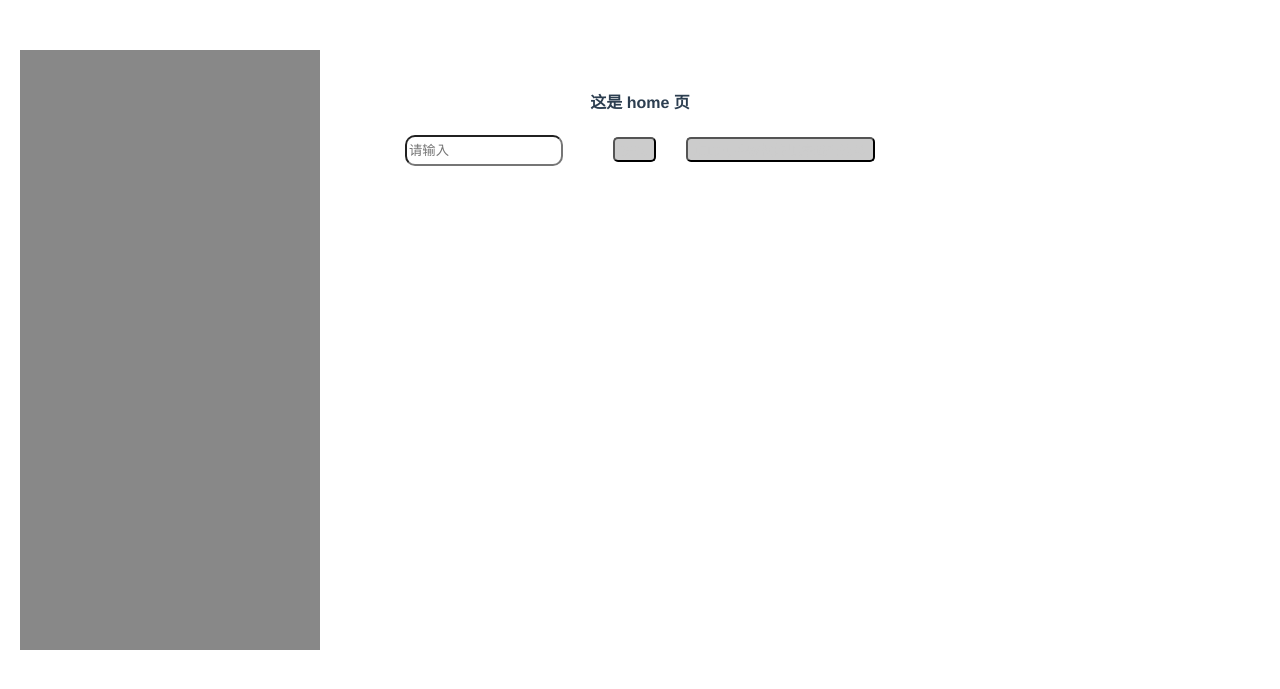
Repository: z-xy-git/demofirst
Page: /
The author's editor kept a copy of each file at every save. The page is drawn from the files as they stood at one save, then again after the next save.
The browser window is 1280 px wide. The pictures show the whole page.
The project was rebuilt for these pictures with package versions that can differ from the ones it lists, and the page was loaded fresh each time.

Above is the page before, as saved 2021-02-25 11:40:02.

### src/App.vue
<template>
  <div id="app">
    <div id="nav">
    </div>
    <router-view/>
  </div>
</template>

<style>
#app {
  font-family: Avenir, Helvetica, Arial, sans-serif;
  -webkit-font-smoothing: antialiased;
  -moz-osx-font-smoothing: grayscale;
  text-align: center;
  color: #2c3e50;
}

#nav {
  padding: 30px;
}

#nav a {
  font-weight: bold;
  color: #2c3e50;
}

#nav a.router-link-exact-active {
  color: #42b983;
}
</style>

### src/views/Home.vue
<template>
  <div class="home">
    <h4>这是 home 页</h4>
    <input type="text" v-model="inputData" placeholder="请输入" class="input-style">
    <button @click="btnclick" class="btn-style">提交</button>
    <button @click="reverseItemData" class="btn-style">点此可将数据的顺序进行翻转</button>
    <div class="show-data">
      <p class="p" v-for="(item) in inputDataArr" :key="item">{{item}}</p>
    </div>
  </div>
</template>

<script>
// @ is an alias to /src

export default {
  name: 'Home',
  components: {
  },
  data(){
    return{
      inputData: '',
      inputDataArr: []
    }
  },
  methods:{
    btnclick() {
      // this.$router.push('/about');
      console.log(this.inputData);
      // this.$el.querySelector('.p').innerHTML = this.inputData;
      this.inputDataArr.push(this.inputData);
    },
    reverseItemData(){
      this.inputDataArr.reverse;
    }
  }
}
</script>
<style>
  .input-style{
    margin-right: 20px;
    outline: none;
    border-radius: 10px;
    width: 150px;
    height: 25px;
  }
  .btn-style{
    margin-left: 30px;
    outline: none;
    border-radius: 5px;
    background-color: #ccc;
    color: #ccc;
  }
  .show-data{
    position: absolute;
    left: 20px;
    top: 50px;
    width: 300px;
    height: 600px;
    background-color: #888;
    color: #fff;
  }
</style>

Loaded but not shown: public/index.html (common file); src/main.js (common file); src/router/index.js (common file); src/store/index.js (common file)

After the next save:
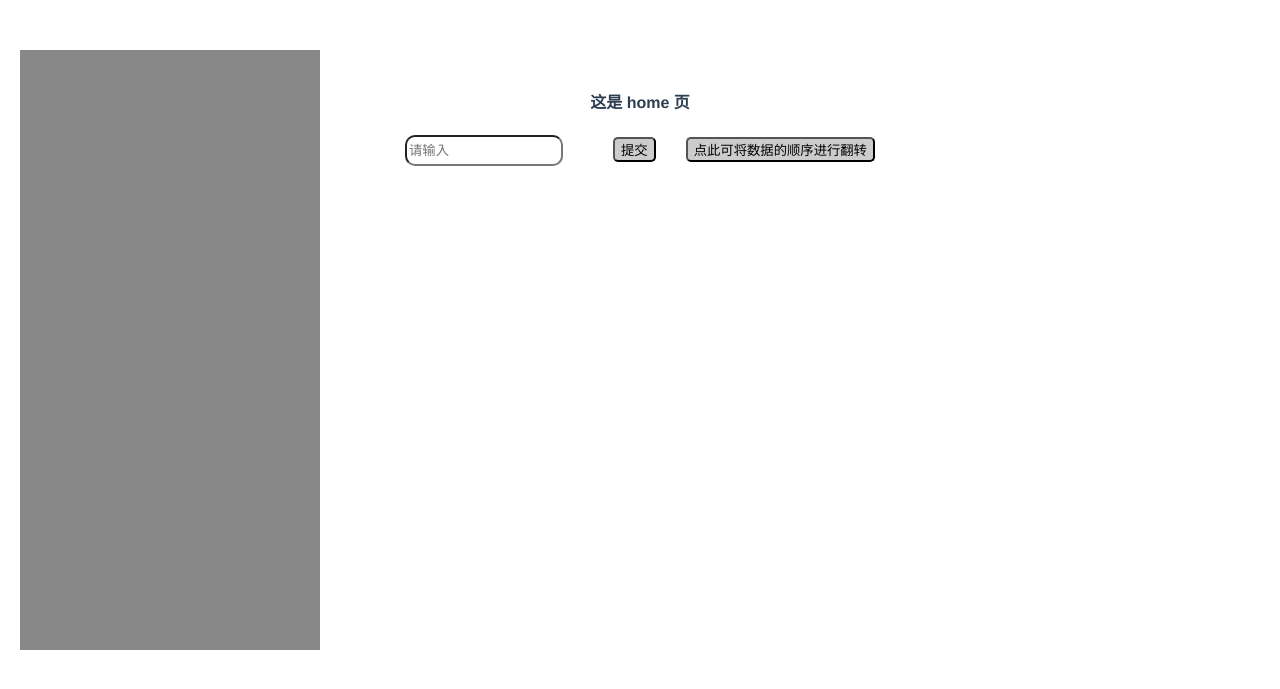
Saved 6 s later.
--- a/src/views/Home.vue
+++ b/src/views/Home.vue
@@ -49,7 +49,6 @@ export default {
     outline: none;
     border-radius: 5px;
     background-color: #ccc;
-    color: #ccc;
   }
   .show-data{
     position: absolute;
